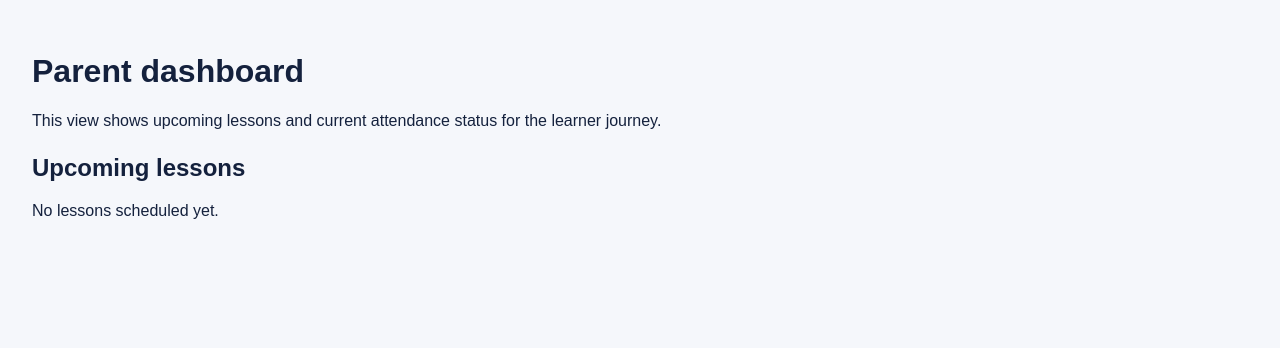
Repository: Teamthy/ykay-virtual
Page: /dashboard (app in apps/web/)
These files come from the project's save history. The page is drawn as it stood at one moment and after the next save; the edit follows.
The browser window is 1280 px wide. The pictures show the whole page.
The page's requests for data from a server got no answer. The project was rebuilt for these pictures with package versions that can differ from the ones it lists, and the page was loaded fresh each time. The framework's server and built-in components were replaced by stand-ins that run in the browser. No one was signed in, and anything a server would have sent is missing. Also part of the build but not shown: apps/web/next.config.js.

Above is the page before, as saved 2026-08-11 00:17:42.

### apps/web/app/layout.tsx
import './globals.css';

export const metadata = {
    title: 'YKAY Virtual School',
    description: 'Expert teaching. Structured learning. Anywhere.'
};

export default function RootLayout({ children }: { children: React.ReactNode }) {
    return (
        <html lang="en">
            <body>{children}</body>
        </html>
    );
}

### apps/web/app/dashboard/page.tsx
"use client";

import { useEffect, useState } from 'react';

type Lesson = {
    id: string;
    title: string;
    tutorName: string;
    status: string;
    startTime: string;
    timezone: string;
};

export default function DashboardPage() {
    const [lessons, setLessons] = useState<Lesson[]>([]);

    useEffect(() => {
        async function loadLessons() {
            const response = await fetch('http://localhost:8080/api/v1/lessons');
            if (!response.ok) {
                return;
            }
            const data = await response.json();
            setLessons(data.lessons ?? []);
        }

        loadLessons();
    }, []);

    return (
        <main style={{ padding: '2rem', fontFamily: 'sans-serif', maxWidth: 840 }}>
            <h1>Parent dashboard</h1>
            <p>This view shows upcoming lessons and current attendance status for the learner journey.</p>
            <section style={{ marginTop: '1.5rem' }}>
                <h2>Upcoming lessons</h2>
                {lessons.length === 0 ? (
                    <p>No lessons scheduled yet.</p>
                ) : (
                    <ul style={{ display: 'grid', gap: '0.75rem', padding: 0, listStyle: 'none' }}>
                        {lessons.map((lesson) => (
                            <li key={lesson.id} style={{ border: '1px solid #d1d5db', borderRadius: '0.75rem', padding: '1rem' }}>
                                <strong>{lesson.title}</strong>
                                <div>Tutor: {lesson.tutorName}</div>
                                <div>Status: {lesson.status}</div>
                                <div>Starts: {new Date(lesson.startTime).toLocaleString()}</div>
                                <div>Timezone: {lesson.timezone}</div>
                            </li>
                        ))}
                    </ul>
                )}
            </section>
        </main>
    );
}

### apps/web/app/globals.css
html,
body {
    margin: 0;
    padding: 0;
    background: #f5f7fb;
    color: #14213d;
}

* {
    box-sizing: border-box;
}

After the next save:
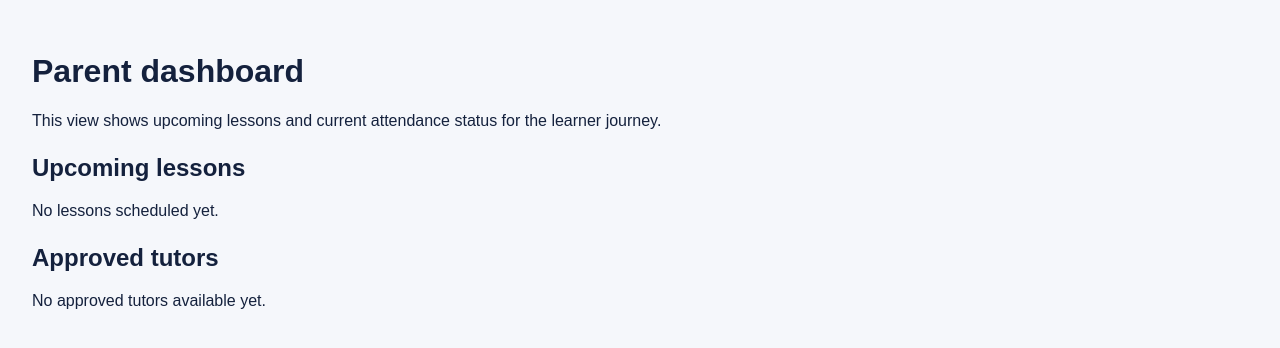
Saved 2 min 58 s later.
--- a/apps/web/app/dashboard/page.tsx
+++ b/apps/web/app/dashboard/page.tsx
@@ -8,11 +8,21 @@ type Lesson = {
     tutorName: string;
     status: string;
     startTime: string;
+    endTime: string;
+    timezone: string;
+};
+
+type TutorProfile = {
+    id: string;
+    name: string;
+    subject: string;
+    status: string;
     timezone: string;
 };
 
 export default function DashboardPage() {
     const [lessons, setLessons] = useState<Lesson[]>([]);
+    const [tutors, setTutors] = useState<TutorProfile[]>([]);
 
     useEffect(() => {
         async function loadLessons() {
@@ -24,7 +34,17 @@ export default function DashboardPage() {
             setLessons(data.lessons ?? []);
         }
 
+        async function loadTutors() {
+            const response = await fetch('http://localhost:8080/api/v1/tutors');
+            if (!response.ok) {
+                return;
+            }
+            const data = await response.json();
+            setTutors((data.profiles ?? []).filter((profile: TutorProfile) => profile.status === 'APPROVED'));
+        }
+
         loadLessons();
+        loadTutors();
     }, []);
 
     return (
@@ -43,7 +63,25 @@ export default function DashboardPage() {
                                 <div>Tutor: {lesson.tutorName}</div>
                                 <div>Status: {lesson.status}</div>
                                 <div>Starts: {new Date(lesson.startTime).toLocaleString()}</div>
+                                <div>Ends: {new Date(lesson.endTime).toLocaleString()}</div>
                                 <div>Timezone: {lesson.timezone}</div>
+                            </li>
+                        ))}
+                    </ul>
+                )}
+            </section>
+
+            <section style={{ marginTop: '1.5rem' }}>
+                <h2>Approved tutors</h2>
+                {tutors.length === 0 ? (
+                    <p>No approved tutors available yet.</p>
+                ) : (
+                    <ul style={{ display: 'grid', gap: '0.75rem', padding: 0, listStyle: 'none' }}>
+                        {tutors.map((tutor) => (
+                            <li key={tutor.id} style={{ border: '1px solid #d1d5db', borderRadius: '0.75rem', padding: '1rem' }}>
+                                <strong>{tutor.name}</strong>
+                                <div>Subject: {tutor.subject}</div>
+                                <div>Timezone: {tutor.timezone}</div>
                             </li>
                         ))}
                     </ul>
